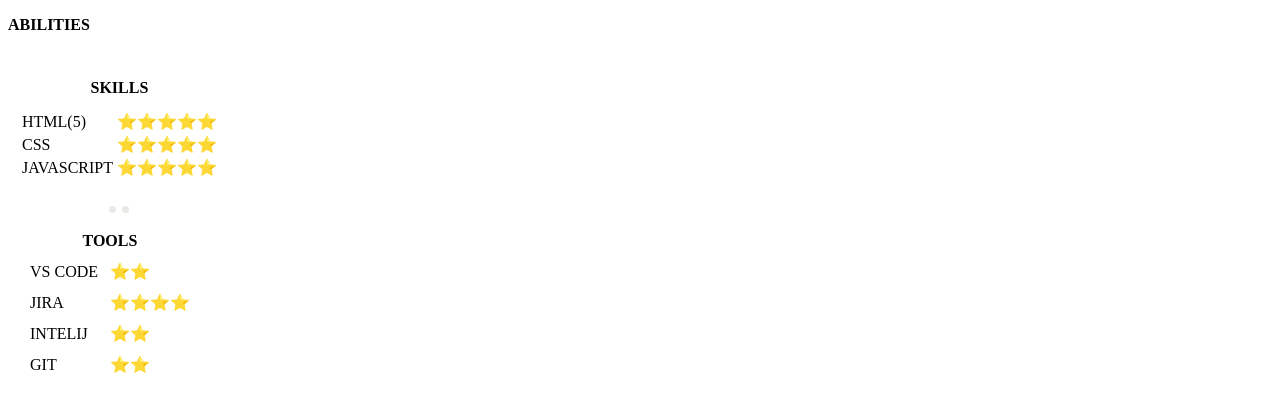
Repository: ew-code/Web-Development
Page: HTML - Personal Site/abilities.html
The author's editor kept a copy of each file at every save. The page is drawn from the files as they stood at one save, then again after the next save.
The browser window is 1280 px wide. The pictures show the whole page.

Above is the page before, as saved 2021-01-06 22:16:53.

After the next save:
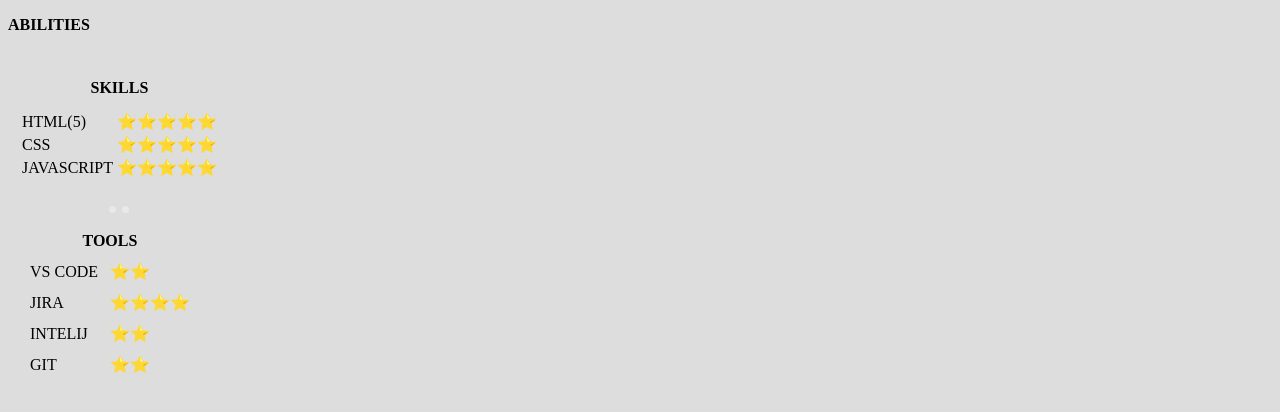
Saved 4 s later.
--- a/HTML - Personal Site/css/styles.css
+++ b/HTML - Personal Site/css/styles.css
@@ -1,5 +1,5 @@
   body {
-      background-color: dddddd;
+      background-color: #dddddd;
   }
 
 h1 {

After the 2 saves that followed:
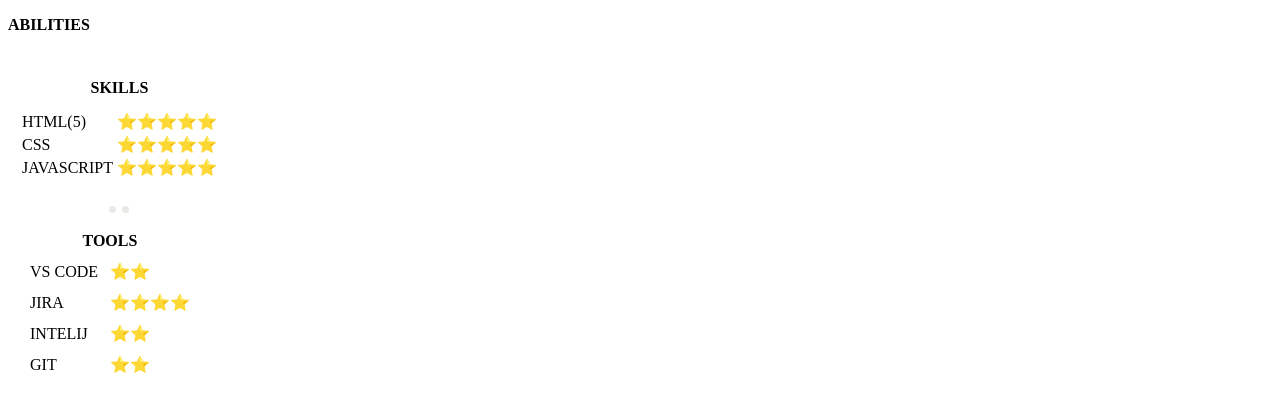
The 2 saves are shown as one change because they came seconds apart.
The last was saved 30 s later.
--- a/HTML - Personal Site/css/styles.css
+++ b/HTML - Personal Site/css/styles.css
@@ -1,5 +1,5 @@
   body {
-      background-color: #dddddd;
+      background-color: white;
   }
 
 h1 {
